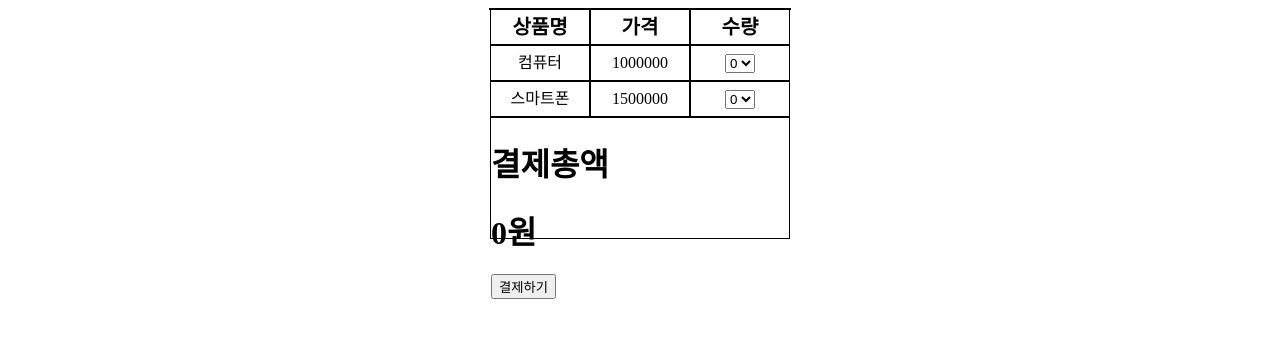
Repository: to-flatwhite1/JSP
Page: http://localhost/JSP08/
The author's editor kept a copy of each file at every save. The page is drawn from the files as they stood at one save, then again after the next save.
The browser window is 1280 px wide. The pictures show the whole page.
The page is served by Tomcat 9.

Above is the page before, as saved 2024-05-16 06:38:26.

After the next save:
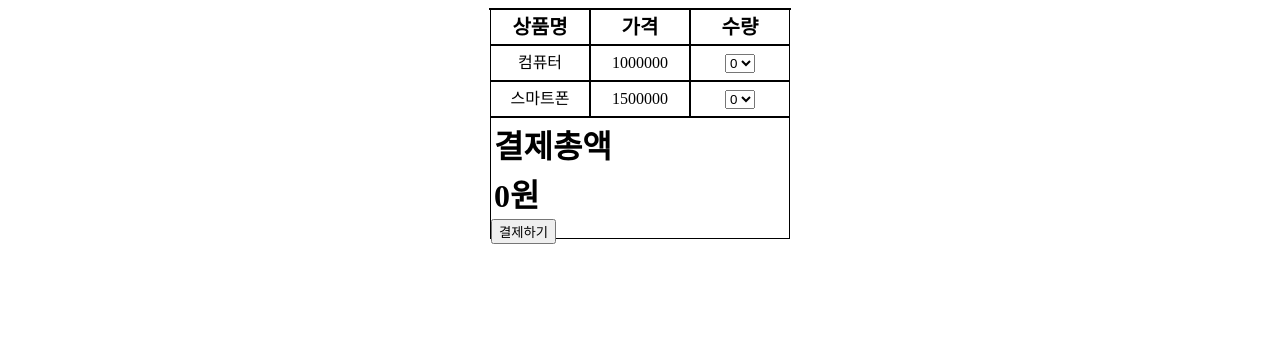
Saved 14 s later.
--- a/JSP08/src/main/webapp/css/style.css
+++ b/JSP08/src/main/webapp/css/style.css
@@ -31,3 +31,6 @@
 	display:block;
 	clear:both;
 }
+h1{
+	margin:3px;
+}
